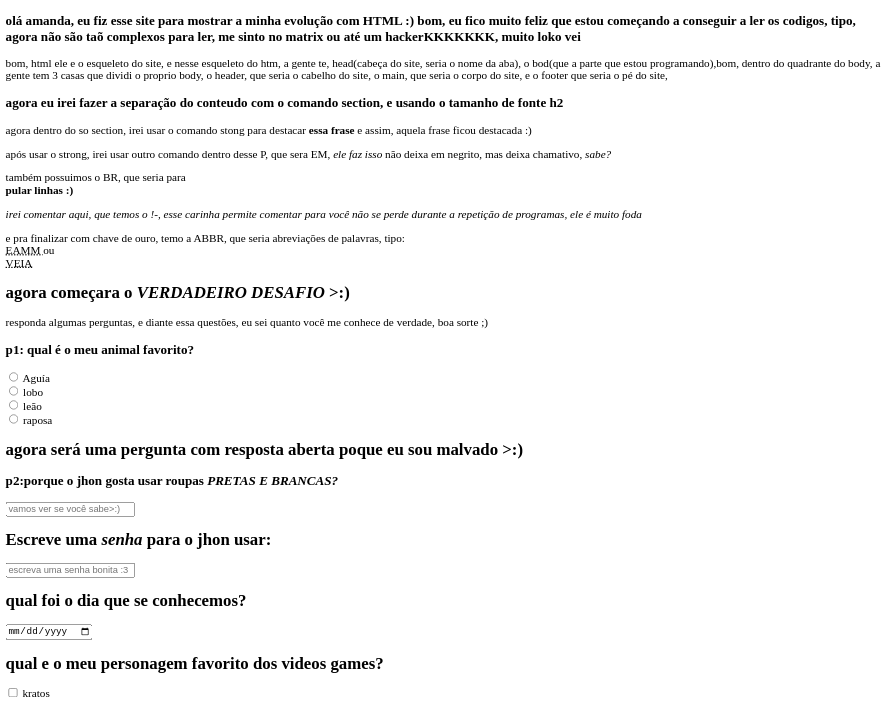
Repository: Jhones17/HTML-CURSO-V1
Page: index.html
The author's editor kept a copy of each file at every save. The page is drawn from the files as they stood at one save, then again after the next save.
The browser window is 1280 px wide. The pictures show the part of the page from y = 0 to 1920 px (the page is 1008 px tall before and 3196 px after), at 70% of full size.

Above is the page before, as saved 2025-03-16 21:30:21.

### index.html
<!DOCTYPE html>
<html>
    <head>
        <title>CURSO HTML</title>
            <meta name="description" content="aqui você verá o meu conhecimento sobre HTML,
            o será um documentario do que eu aprendi com HTML, espero que se divirta e goste de o que eu aprendi :)">
            </head>
                  <body>
                      <header>
                    <h3>olá amanda, eu fiz esse site para mostrar a minha evolução com HTML :)
                bom, eu fico muito feliz que estou começando a conseguir a ler os codigos, tipo,
                agora não são taõ complexos para ler, me sinto no matrix ou até um hackerKKKKKKK, muito loko vei
            </h3>
        </header>
       <p1> bom, html ele e o esqueleto do site, e nesse esqueleto do htm, a gente te, head(cabeça do site, seria o nome da aba),
         o bod(que a parte que estou programando),bom, dentro do quadrante do body, a gente tem 3
         casas que dividi o proprio body, o header, que seria o cabelho do site, o main, que seria o corpo do site, e o footer que seria o pé do site, </p1>
    <main>
   <section>
  <h3> agora eu irei fazer a separação do conteudo com o comando section, e usando o tamanho de fonte h2
</h3>
<p> agora dentro do so section, irei usar o comando stong para destacar <strong> essa frase </strong> e assim, aquela frase ficou destacada :) </p>
<p> após usar o strong, irei usar outro comando dentro desse P, que sera EM, <em> ele faz isso</em> não deixa em negrito, mas deixa chamativo, <em> sabe?</em></p>
<p> também possuimos o BR, que seria para <br>
<strong> pular linhas :) </strong>  </p>
<em>irei comentar aqui, que temos o !-, esse carinha permite comentar para você não se perde durante a repetição de programas, ele é muito foda</em>
<p> e pra finalizar com chave de ouro, temo a ABBR, que seria abreviações de palavras, tipo: <br>
<abbr title="eu amo minha mulher"> EAMM </abbr> ou <br>
<abbr title="você é incrivel amor :3">  VEIA </abbr> </p>
</section>
<!--1#Introdução ao uso de tags HTML: head, body, main, section, br, p, abbr, header, strong e títulos (h1 a h6) -->
<h2> agora começara o <em>VERDADEIRO DESAFIO</em> >:)</h2>
<p> responda algumas perguntas, e diante essa questões, eu sei quanto você me conhece de verdade, boa sorte ;)</p>
<section>
   <h3>p1: qual é o meu animal favorito?</h3>
<form>
    <input type="radio" value="aguía" id="p1"
    name="p1">
<label for="p1a"> Aguía </label>
<br>
<input type="radio" value="lobo="p1"
    name="p1">
<label for="p1a"> lobo</label>
<br>
<input type="radio" value="leão " id="p1"
name="p1">
<label for="p1a"> leão  </label>
<br>
<input type="radio" value="raposa" id="p1"
name="p1">
<label for="p1a"> raposa  </label>
</form>

</section>
<!--2#pergunta 1:-->
<section>
    <h2> agora será uma pergunta com resposta aberta poque eu sou malvado >:)</h2>
    <h3> p2:porque o jhon gosta usar roupas <em>PRETAS E BRANCAS?</em></h3>
    <form>
    <input type="text"  id="p2" name="p2" placeholder="vamos ver se você sabe>:)">
</form>

</section>
<!--3#senha-->
<section>
<h2> Escreve uma <em>senha</em> para o jhon usar:</h2>
<form>
<input type="password" id="p3" name="p3" placeholder="escreva uma senha bonita :3">
</form>
</section>
<!--4#pergunta 2: data-->
<section>
    <h2> qual foi o dia que se conhecemos?</h2>
    <form>
     <input type="date" id="p4" name="p4" >
    </form>
</section>
<!--pergunrta 3: mutiplas resposta-->
<section>
<h2> qual e o meu personagem favorito dos videos games?</h2>
<form>
<input type="checkbox" id="p5" name="p5" value="kratos">
<label>kratos </label>
</form>
</section>




</main>
        <footer></footer>
    </body>
 </html>

After the next save:
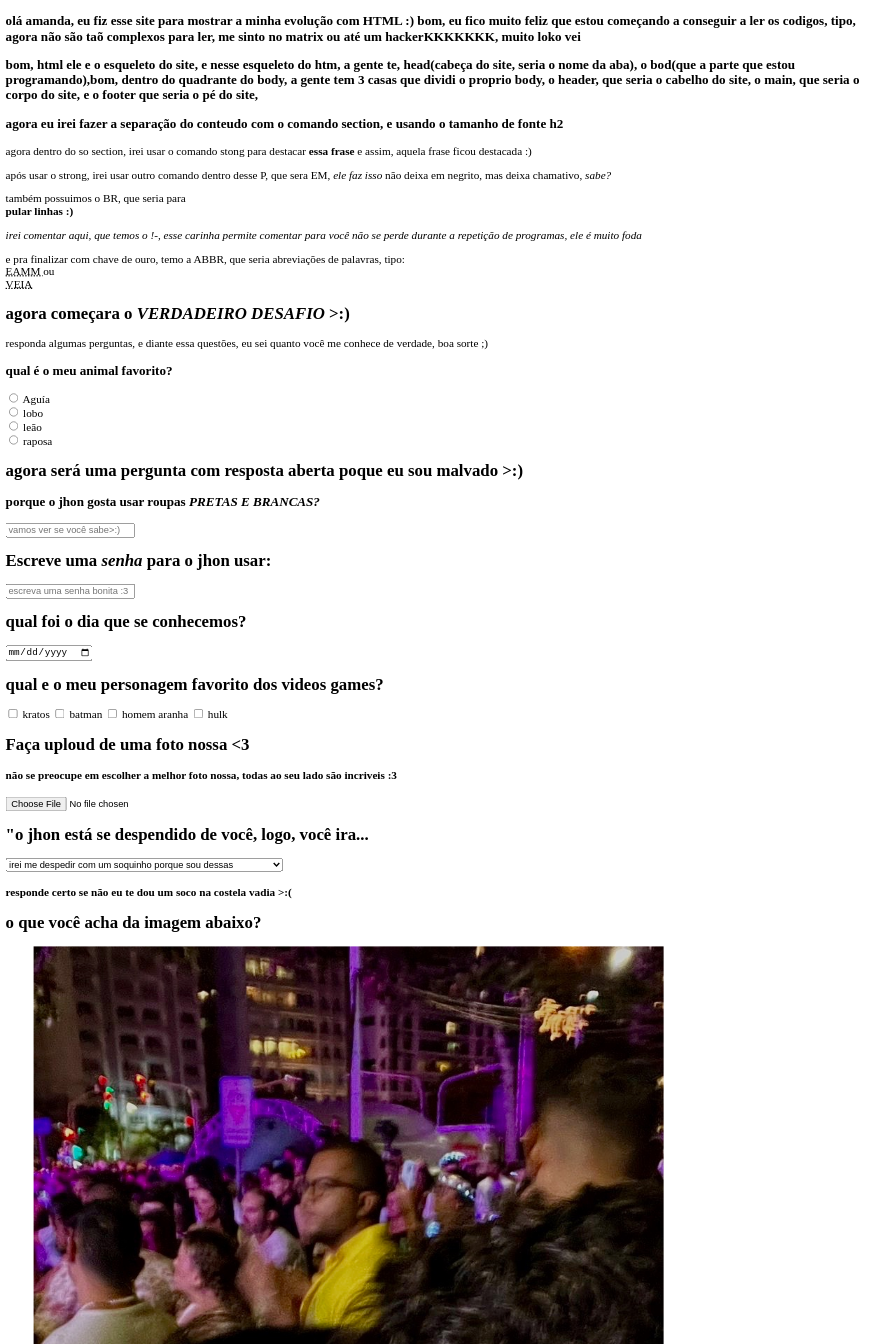
Saved 2 days later.
--- a/index.html
+++ b/index.html
@@ -12,9 +12,8 @@
                 agora não são taõ complexos para ler, me sinto no matrix ou até um hackerKKKKKKK, muito loko vei
             </h3>
         </header>
-       <p1> bom, html ele e o esqueleto do site, e nesse esqueleto do htm, a gente te, head(cabeça do site, seria o nome da aba),
-         o bod(que a parte que estou programando),bom, dentro do quadrante do body, a gente tem 3
-         casas que dividi o proprio body, o header, que seria o cabelho do site, o main, que seria o corpo do site, e o footer que seria o pé do site, </p1>
+       <h3> bom, html ele e o esqueleto do site, e nesse esqueleto do htm, a gente te, head(cabeça do site, seria o nome da aba), o bod(que a parte que estou programando),bom, dentro do quadrante do body, a gente tem 3
+         casas que dividi o proprio body, o header, que seria o cabelho do site, o main, que seria o corpo do site, e o footer que seria o pé do site, </h3>
     <main>
    <section>
   <h3> agora eu irei fazer a separação do conteudo com o comando section, e usando o tamanho de fonte h2
@@ -32,7 +31,7 @@
 <h2> agora começara o <em>VERDADEIRO DESAFIO</em> >:)</h2>
 <p> responda algumas perguntas, e diante essa questões, eu sei quanto você me conhece de verdade, boa sorte ;)</p>
 <section>
-   <h3>p1: qual é o meu animal favorito?</h3>
+   <h3>qual é o meu animal favorito?</h3>
 <form>
     <input type="radio" value="aguía" id="p1"
     name="p1">
@@ -55,11 +54,10 @@ name="p1">
 <!--2#pergunta 1:-->
 <section>
     <h2> agora será uma pergunta com resposta aberta poque eu sou malvado >:)</h2>
-    <h3> p2:porque o jhon gosta usar roupas <em>PRETAS E BRANCAS?</em></h3>
+    <h3> porque o jhon gosta usar roupas <em>PRETAS E BRANCAS?</em></h3>
     <form>
     <input type="text"  id="p2" name="p2" placeholder="vamos ver se você sabe>:)">
 </form>
-
 </section>
 <!--3#senha-->
 <section>
@@ -80,13 +78,73 @@ name="p1">
 <h2> qual e o meu personagem favorito dos videos games?</h2>
 <form>
 <input type="checkbox" id="p5" name="p5" value="kratos">
-<label>kratos </label>
+<label for="kratos"> kratos </label>
+<input type="checkbox" id="p5" name="p5" value="batman">
+<label for =batman > batman </label>
+<input type="checkbox" id="p5" name="p5" value="homem aranha">
+<label for="homem aranha"> homem aranha</label>
+<input type="checkbox" id="p5" name="p5" value="hulk">
+<label for="hulk"> hulk </label>
 </form>
 </section>
+<!--pergunta 4: uploud-->
+<section>
+<h2> Faça uploud de uma foto nossa <3 </h2>
+    <form>
+        <h4> não se preocupe em escolher a melhor foto nossa, todas ao seu lado são incriveis :3</h4>
+        <input type="file" id="p6" name="p6">
+    </form>
 
 
 
 
+</section>
+<!--pergunta 5:menu suspenso-->
+<section>
+    <h2>"o jhon está se despendido de você, logo, você ira...</h2>
+    <form>
+        <select name="p7" id="p7">
+<option value="irei me despedir com um soquinho porque sou dessas">irei me despedir com um soquinho porque sou dessas</option>
+<option value="irei aperta o pau dele porque sou safada">irei aperta o pau dele porque sou safada</option>
+<option value="irei abraçar ele e beijar ele porque eu amor o marido que tenho">irei abraçar ele e beijar ele porque eu amor o marido que tenho</option>
+<option value="quem disse que eu vou me despedirKKK?">quem disse que eu vou me despedirKKK?</option>
+        </select>
+        <h4> responde certo se não eu te dou um soco na costela vadia >:(</h4>
+    </form>
+
+</section>
+<!--pergunta 6: imagem-->
+<section>
+    <h2>o que você acha da imagem abaixo?</h2>
+<figure> <img src="assents/ffb811a9-5f71-4fa5-8605-4e3abfd0a6dd_Original.jpg" alt="era uma foto nossa se beijando no reveion, que pena que você não pode ver :(">
+    <figcaption> que foto linda né amor? pode admirar por alguns segundos, eu deixo ;)</figcaption>
+    <br><input type="text" id="p6" name="p6" placeholder="o que achou?..."> </figure>
+</section>
+<!--tabela de pontuação-->
+    <section>
+        <h2><em> tabela de pontuação</em></h2>
+        <table border="1">
+            <thead>
+                <th>PONTUAÇÃO</th>
+                <th> RECORDAÇÃO</th>
+                </th>
+                <tbody>
+             </thead><td> 1 MILHÃO</td>
+                <td>minha mulher nunca erra,
+                sempre acerta</td>
+                </tbody>
+         <tfoot>
+            <tr></tr>
+            <td colspan="2">Eu te amo para todo o sempre meu xuxu, te adoro <br>
+            te dou soco te estoro</td>
+         </tfoot>
+        </table>
+    </section>
+    <!--lista de resposta-->
+    <section>
+        <h2></h2>
+
+    </section>
 </main>
         <footer></footer>
     </body>
